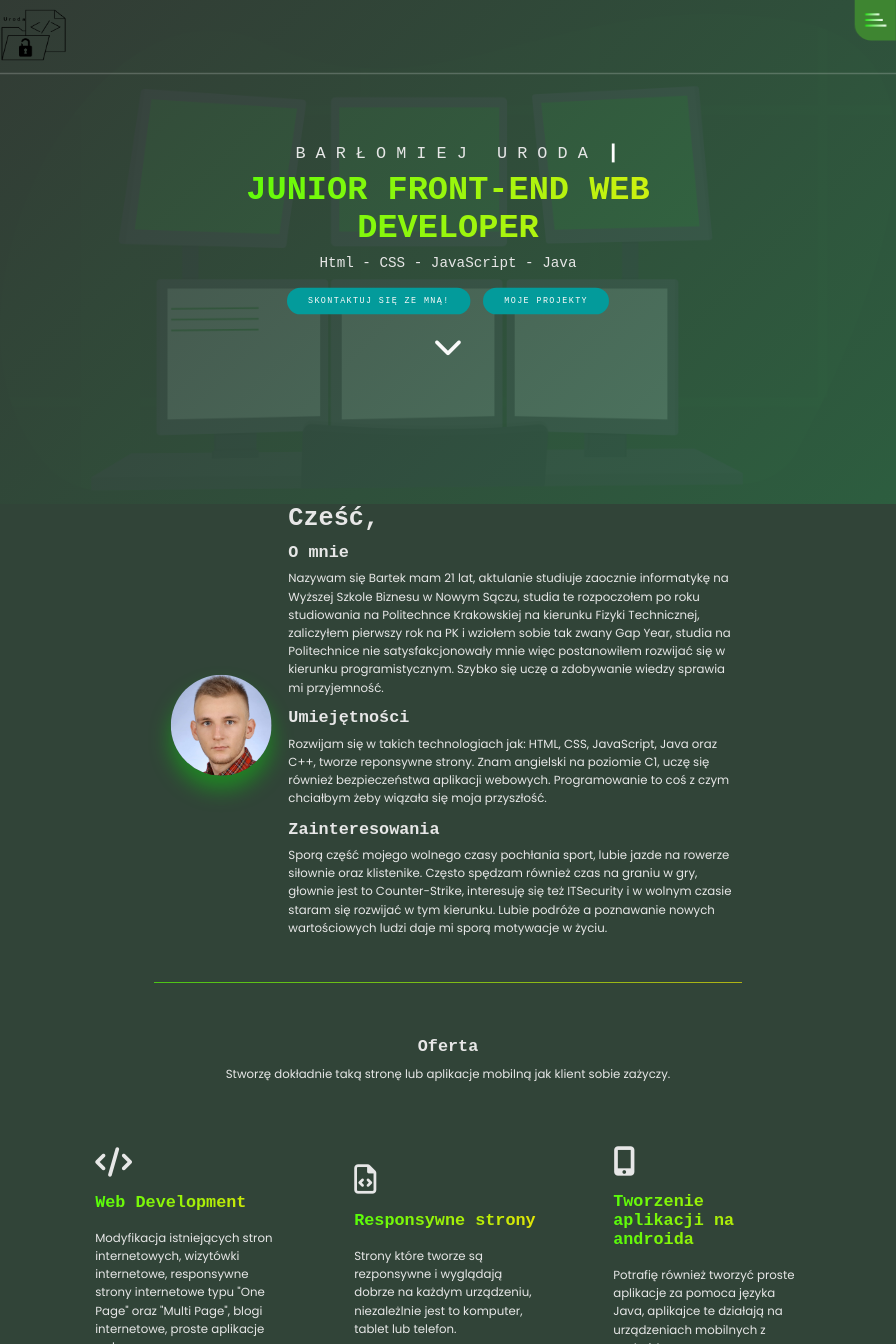
Repository: BartekUroda/portfolio
Page: index.html
These files come from the project's save history. The page is drawn as it stood at one moment and after the next save; the edit follows.
The browser window is 1280 px wide. The pictures show the part of the page from y = 0 to 1920 px (the page is 3956 px tall), at 70% of full size.
Some web fonts or font styles are not loaded; a fallback is used. Some web libraries are served in a nearby version.

Above is the page before, as saved 2020-10-27 22:56:02.

After the next save:
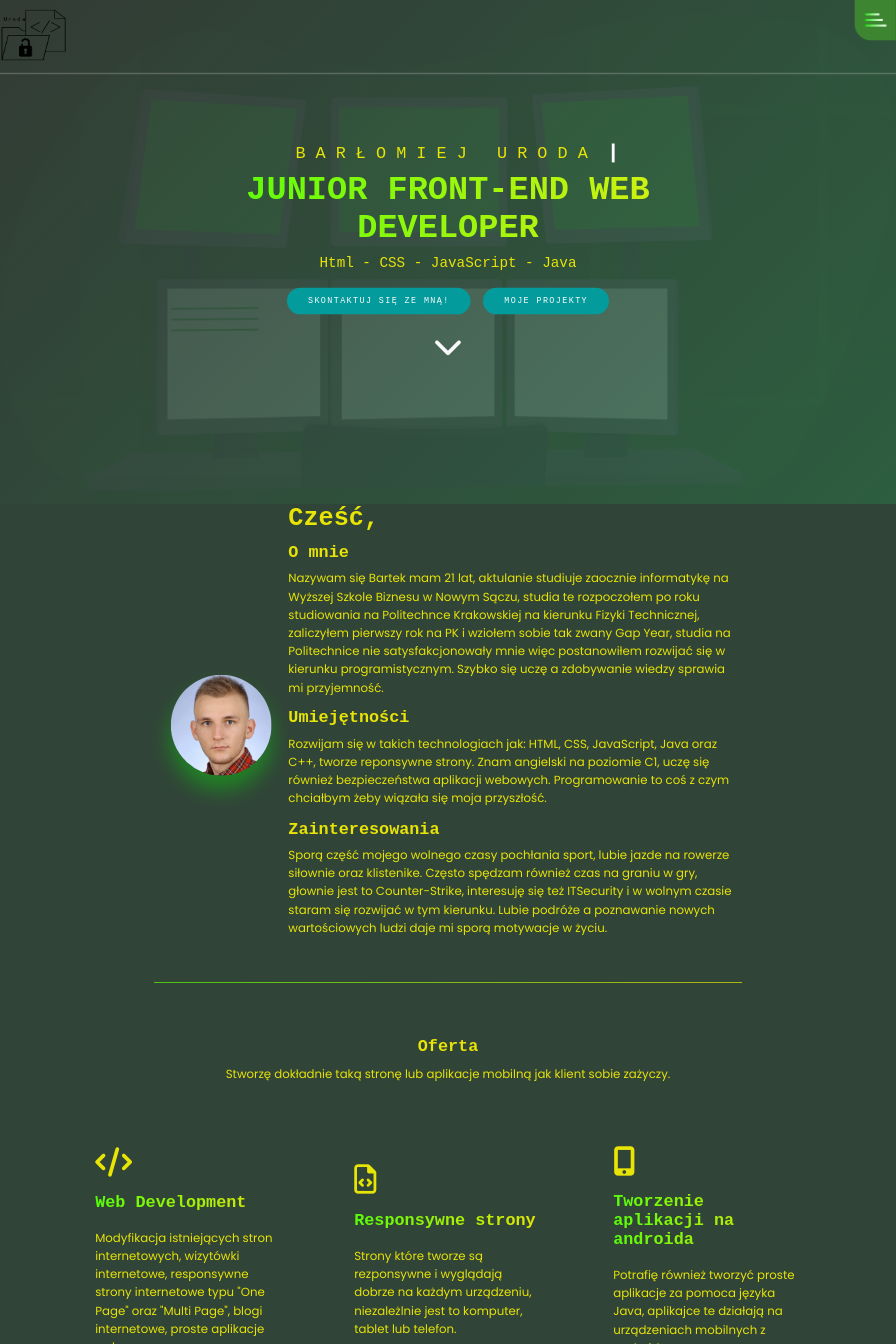
Saved 13 s later.
--- a/css/style.css
+++ b/css/style.css
@@ -458,8 +458,7 @@
     margin: 0 0.5rem;
     font-size: 2rem;
 }
-.footer-nav .footer-nav-link,
-.footer-social:hover {
+.footer-nav .footer-nav-link,:hover {
     color: rgb(231, 228, 6);
 }
 /* ----------RESPONSIVE-MOBILE--------- */

After the save that followed:
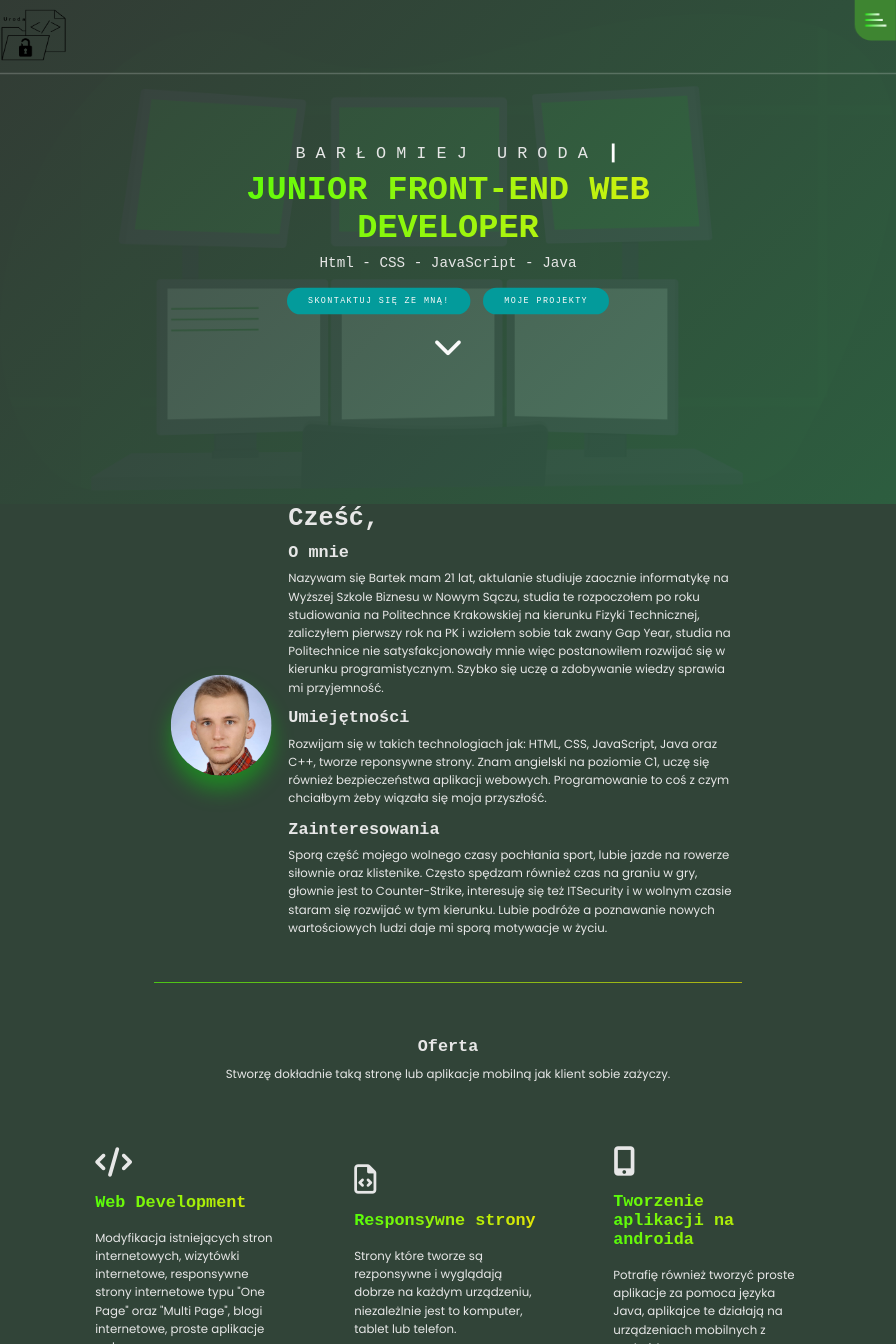
Saved 6 s later.
--- a/css/style.css
+++ b/css/style.css
@@ -458,7 +458,7 @@
     margin: 0 0.5rem;
     font-size: 2rem;
 }
-.footer-nav .footer-nav-link,:hover {
+.footer-nav .footer-nav-link:hover {
     color: rgb(231, 228, 6);
 }
 /* ----------RESPONSIVE-MOBILE--------- */
